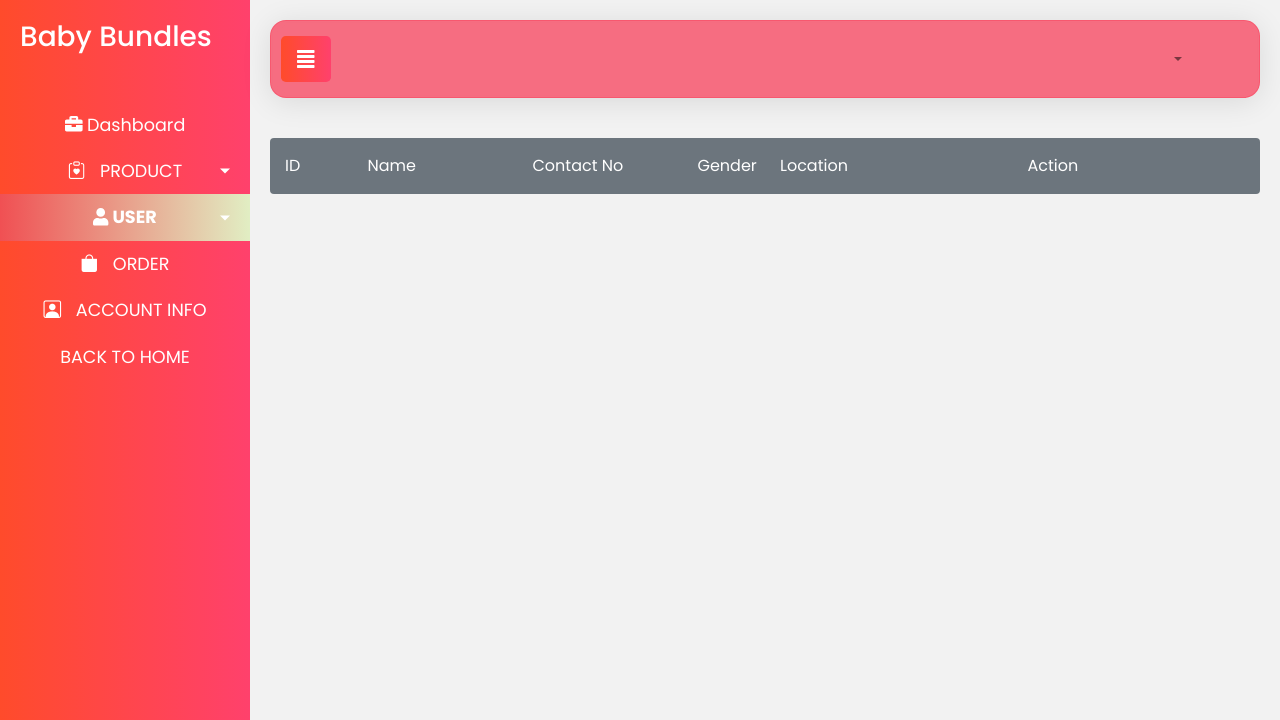
Repository: jiahow99/Baby-Bundles-University
Page: http://localhost/admin-viewuser.php
The author's editor kept a copy of each file at every save. The page is drawn from the files as they stood at one save, then again after the next save.
The browser window is 1280 px wide. The pictures show the whole page.
Some web libraries are served in a nearby version. The page is run by PHP 8.4 with error messages shown; the project is at /var/www/html/. Queries for data that is not in the repository find no rows.

Above is the page before, as saved 2022-11-25 00:36:50.

### admin-viewuser.php
<?php

// Start session
if(!isset($_SESSION)){
    session_start();
}

// Userid
if(isset($_GET['userid'])){
    $userid = $_GET['userid'];
}

// If button is pressed (edit/remove)
if(isset($_GET['action'])){

    switch ($_GET['action']) {
        // Edit User
        case 'edit':
            # Edit user goes here ...
            break;

        // Remove User
        case 'remove':
            # Remove user goes here ...
            break;
    }

}


?>


<!DOCTYPE html>
<html>

<head>
    <meta charset="utf-8">
    <meta name="viewport" content="width=device-width, initial-scale=1.0">
    <meta http-equiv="X-UA-Compatible" content="IE=edge">

    <title>Admin-User</title>

    <!-- Bootstrap CSS CDN -->
    <link rel="stylesheet" href="https://stackpath.bootstrapcdn.com/bootstrap/4.1.0/css/bootstrap.min.css" integrity="sha384-9gVQ4dYFwwWSjIDZnLEWnxCjeSWFphJiwGPXr1jddIhOegiu1FwO5qRGvFXOdJZ4" crossorigin="anonymous">
    <!-- Our Custom CSS -->
    <link rel="stylesheet" href="css/admin.style.css">

    <!-- Font Awesome JS -->
    <script defer src="https://use.fontawesome.com/releases/v5.0.13/js/solid.js" integrity="sha384-tzzSw1/Vo+0N5UhStP3bvwWPq+uvzCMfrN1fEFe+xBmv1C/AtVX5K0uZtmcHitFZ" crossorigin="anonymous"></script>
    <script defer src="https://use.fontawesome.com/releases/v5.0.13/js/fontawesome.js" integrity="sha384-6OIrr52G08NpOFSZdxxz1xdNSndlD4vdcf/q2myIUVO0VsqaGHJsB0RaBE01VTOY" crossorigin="anonymous"></script>
    <!-- Bootstrap Icon -->
    <link rel="stylesheet" href="https://cdn.jsdelivr.net/npm/bootstrap-icons@1.3.0/font/bootstrap-icons.css">
    <!-- JQuery -->
    <script src="https://code.jquery.com/jquery-3.5.1.min.js"></script>
    <!-- Bootstrap Icon -->
    <link rel="stylesheet" href="https://cdn.jsdelivr.net/npm/bootstrap-icons@1.9.1/font/bootstrap-icons.css" integrity="sha384-xeJqLiuOvjUBq3iGOjvSQSIlwrpqjSHXpduPd6rQpuiM3f5/ijby8pCsnbu5S81n" crossorigin="anonymous">
    <!-- JavaScript Bundle with Popper -->
    <script src="https://cdn.jsdelivr.net/npm/bootstrap@5.2.3/dist/js/bootstrap.bundle.min.js" integrity="sha384-kenU1KFdBIe4zVF0s0G1M5b4hcpxyD9F7jL+jjXkk+Q2h455rYXK/7HAuoJl+0I4" crossorigin="anonymous"></script>
    <link href="http://cdnjs.cloudflare.com/ajax/libs/font-awesome/4.3.0/css/font-awesome.css" rel="stylesheet"  type='text/css'>

    <!-- AJAX display all users -->
    <script>
            $(document).ready(function(){
                $.ajax({
                    url: "fetch_user.php",
                    type: "get",
                    dataType: "JSON",
                    success:function(user)
                    {
                        var len = user.length;
                        for(i=0 ; i<len; i++){
                            var str = '<div class="row bg-transparent rounded py-2 mb-2 user-row align-items-center">' +
                            '<div class="col-1 user">' + user[i].userid + '</div>' +
                            '<div class="col-1 user">' + user[i].username + '</div>' +
                            '<div class="col-4 user">+' + user[i].contact + '</div>' +
                            '<div class="col-4 user">' +
                            '<a href="admin-viewuser.php?action=edit&userid=' + user[i].userid + '" class="btn btn-primary mr-2">EDIT</a>' +
                            '<a href="admin-viewuser.php?action=remove&userid=' + user[i].userid + '" class="btn btn-primary">DELETE</a>' +
                            '</div></div>';

                            $('#users').append(str);
                        }
                    }
                });
            });

    </script>


</head>

<body>

    <div class="wrapper">

        <!-- Sidebar -->
        <?php require 'admin-sidebar.php' ?>

        <!-- Page Content  -->
        <div id="content" style="background-color:#F2F2F2">

            <!-- Navbar -->
            <?php require 'admin-topnavbar.php' ?>

            <!-- Users Container -->
            <div class="container" id="users">
                <!-- Header -->
                <div class="row bg-secondary rounded py-3 mb-3">
                    <div class="col-1 text-white">ID</div>
                    <div class="col-2 text-white">Name</div>
                    <div class="col-2 text-white">Contact No</div>
                    <div class="col-1 text-white">Gender</div>
                    <div class="col-3 text-white">Location</div>
                    <div class="col-2 text-white">Action</div>
                </div>

                <!-- Users Goes here (AJAX) ..... -->

            </div>

    </div>

    <!-- Popper.JS -->
    <script src="https://cdnjs.cloudflare.com/ajax/libs/popper.js/1.14.0/umd/popper.min.js" integrity="sha384-cs/chFZiN24E4KMATLdqdvsezGxaGsi4hLGOzlXwp5UZB1LY//20VyM2taTB4QvJ" crossorigin="anonymous"></script>
    <!-- Bootstrap JS -->
    <script src="https://stackpath.bootstrapcdn.com/bootstrap/4.1.0/js/bootstrap.min.js" integrity="sha384-uefMccjFJAIv6A+rW+L4AHf99KvxDjWSu1z9VI8SKNVmz4sk7buKt/6v9KI65qnm" crossorigin="anonymous"></script>

    <script type="text/javascript">
        $(document).ready(function () {
            $('#sidebarCollapse').on('click', function () {
                $('#sidebar').toggleClass('active');
                $('#dashboardlabel').toggleClass('d-none');
                $('#userlabel').toggleClass('d-none');
                $('#productlabel').toggleClass('d-none');
                $('#orderlabel').toggleClass('d-none');
                $('#accountlabel').toggleClass('d-none');
                $('#logoutlabel').toggleClass('d-none');
            });
        });
    </script>
</body>

</html>

### admin-sidebar.php
<!-- Sidebar  -->
<nav id="sidebar">
    <div class="sidebar-header">
        <h3>Baby Bundles</h3>
        <strong>BS</strong>
    </div>

    <ul class="list-unstyled components">
        <!-- Dashboard -->
        <li id="sidebar-dashboard">
            <a href="admin-dashboard.php">
                <i class="fas fa-briefcase"></i>
                <span id="dashboardlabel">Dashboard</span>
            </a>
        </li>
        <!-- Product -->
        <li id="sidebar-product">
            <a href="#homeSubmenu" data-toggle="collapse" aria-expanded="false" class="dropdown-toggle">
                <i class="bi bi-clipboard-heart"></i>
                <span id="productlabel">PRODUCT</span>
            </a>
            <ul class="collapse list-unstyled" id="homeSubmenu">
                <li>
                    <a href="admin-addproduct.php">ADD PRODUCT</a>
                </li>
                <li>
                    <a href="admin-viewproduct.php">DELETE PRODUCT</a>
                </li>
                <li>
                    <a href="admin-viewproduct.php">VIEW ALL</a>
                </li>
            </ul>
        </li>
        <!-- User -->
        <li id="sidebar-user">
            <a href="#pageSubmenu" data-toggle="collapse" aria-expanded="false" class="dropdown-toggle">
            <i class="fas fa-solid fa-user"></i>
                <span id="userlabel">USER</span>
            </a>
            <ul class="collapse list-unstyled" id="pageSubmenu">
                <li>
                    <a href="admin-viewuser.php">DELETE USER</a>
                </li>
                <li>
                    <a href="admin-viewuser.php">VIEW USERS</a>
                </li>
            </ul>
        </li>
        <!-- Order -->
        <li id="sidebar-order">
            <a href="admin-vieworder.php">
            <i class="bi bi-bag-fill"></i>
                <span id="orderlabel">ORDER</span>
            </a>
        </li>
        <!-- Account Info -->
        <li>
            <a href="account-info.php">
                <i class="bi bi-person-square"></i>
                <span id="accountlabel">ACCOUNT INFO</span>
            </a>
        </li>
        <!-- Back to home -->
        <li>
            <a href="index.php">
                <span id="logoutlabel">BACK TO HOME</span>
            </a>
        </li>
    </ul>
</nav>

<script>

  // Add 'active' class to navigation
  function activeNav(id){
    var nav = document.getElementById(id);
    nav.classList.add('active');
  }

  var title = document.title;

  switch(title){
    case 'Admin-Product':
      activeNav('sidebar-product');
      break;
    case 'Admin-User':
      activeNav('sidebar-user');
      break;
    case 'Admin-Order':
      activeNav('sidebar-order');
      break;
    case 'Admin-Dashboard':
      activeNav('sidebar-dashboard');
      break;
  }
</script>

### admin-topnavbar.php
<nav class="navbar navbar-expand-lg navbar-light bg-admin">
    <div class="container-fluid pl-0">

        <button type="button" id="sidebarCollapse" class="btn-lg btn-primary">
            <i class="fas fa-align-justify"></i>
            <!-- <span>Toggle Sidebar</span> -->
        </button>
        <button class="btn btn-dark d-inline-block d-lg-none ml-auto" type="button" data-toggle="collapse" data-target="#navbarSupportedContent" aria-controls="navbarSupportedContent" aria-expanded="false" aria-label="Toggle navigation">
            <i class="fas fa-align-justify"></i>
        </button>

        <div class="collapse navbar-collapse" id="navbarSupportedContent">
            <ul class="nav navbar-nav ml-auto">
                <li class="nav-item dropdown mx-lg-3 col-2 col-lg-1" >
                    <a href="#" class="nav-link dropdown-toggle user-account text-black" id="userDropdownMenuLink" data-bs-toggle="dropdown" aria-haspopup="true" aria-expanded="false">
                    <?php
                    // Username
                    if(isset($_COOKIE['username'])){
                        echo $_COOKIE['username'];
                    }
                    ?>
                    </a>
                    <div class="dropdown-menu text-sm " aria-labelledby="userDropdownMenuLink">
                        <a href="account-info.php" class="dropdown-item">Account</a>
                        <a href="index.php" class="dropdown-item">Back to home</a>
                        <a href="logout.php" class="dropdown-item">Logout</a>
                    </div>
                </li>
            </ul>
        </div>
    </div>
</nav>

### fetch_user.php
<?php

require_once('dbcontroller.php');

$dbcontroller = new DBController();

// Get all product
$result = $dbcontroller->selectProduct("SELECT * FROM login_table WHERE is_admin=''");

// Empty array
$output = array();

// Loop through Shopping Cart
foreach( $result as $user ){
    $user_array = array(
        'userid' => $user['userid'],
        'username' => $user['username'],
        'contact' => $user['contact']
    );

    // Append each product
    array_push($output, $user_array);

}

// Encode to JSON format
echo json_encode($output);



?>

### dbcontroller.php
<?php

class DBController{
    private $host = 'localhost';
    private $db = 'babybundles_database';
    private $user= 'root';
    private $pass = '';
    // private $attr = "mysql:host=$host;dbname=$db";
    // private $table = 'product_table';
    public $conn;

    // constructor
    function __construct(){
        $attr = "mysql:host=".$this->host.";dbname=".$this->db;
        $opts =
        [
            PDO::ATTR_ERRMODE => PDO::ERRMODE_EXCEPTION,
            PDO::ATTR_DEFAULT_FETCH_MODE => PDO::FETCH_ASSOC,
            PDO::ATTR_EMULATE_PREPARES => false,
        ];
        $this->conn = new PDO($attr, $this->user, $this->pass, $opts);
    }

    // Insert
    function insertQuery($query){
        $result = $this->conn->query($query);
        return $result;
    }

    // Select user
    function selectUser($query){
        $result = $this->conn->query($query);
        $row = $result->fetch();
        return $row;
    }

    // Select single product
    function selectSingleProduct($query){
        $result = $this->conn->query($query);
        $row = $result->fetch();
        return $row;
    }

    // Select all product
    function selectProduct($query){
        $result = $this->conn->query($query);
        $row = $result->fetchAll();
        return $row;
    }

    // Update shopping cart
    function updateCart($query){
        $result = $this->conn->query($query);
        return $result;
    }

    // Update product info
    function updateProduct($query){
        $result = $this->conn->query($query);
        return $result;
    }

    // count num of rows
    function numRows($query){
        $result = $this->conn->query($query);
        return $result->rowCount();
    }

    // limit text (title)
    function limit_text($text, $limit) {
        if (str_word_count($text, 0) > $limit) {
            $words = str_word_count($text, 2);
            $pos   = array_keys($words);
            $text  = substr($text, 0, $pos[$limit]) . '...';
        }
        return $text;
    }

    // sanitise()
    function sanitise($string){
        $string = htmlentities($string);
        return $string;
    }

}
?>

### css/admin.style.css
/*
    DEMO STYLE
*/

@import "https://fonts.googleapis.com/css?family=Poppins:300,400,500,600,700";

body {
    font-family: 'Poppins', sans-serif;
    background: #fafafa;
}

p {
    font-family: 'Poppins', sans-serif;
    font-size: 1.1em;
    font-weight: 300;
    line-height: 1.7em;
    color: #999;
}

a,
a:hover,
a:focus {
    color: inherit;
    text-decoration: none;
    transition: all 0.3s;
}

.navbar {
    padding: 15px 10px;
    background: #fff;
    border: none;
    border-radius: 0;
    margin-bottom: 40px;
    box-shadow: 1px 1px 3px rgba(0, 0, 0, 0.1);
}

.navbar-btn {
    box-shadow: none;
    outline: none !important;
    border: none;
}

.line {
    width: 100%;
    height: 1px;
    border-bottom: 1px dashed #ddd;
    margin: 40px 0;
}

i,
span {
    display: inline-block;
}

/* ---------------------------------------------------
    SIDEBAR STYLE
----------------------------------------------------- */

.wrapper {
    display: flex;
    align-items: stretch;
}

#sidebar {
    min-width: 250px;
    max-width: 250px;
    background: #FF416C;  /* fallback for old browsers */
    background: -webkit-linear-gradient(to right, #FF4B2B, #FF416C);  /* Chrome 10-25, Safari 5.1-6 */
    background: linear-gradient(to right, #FF4B2B, #FF416C); /* W3C, IE 10+/ Edge, Firefox 16+, Chrome 26+, Opera 12+, Safari 7+ */
    color: #fff;
    transition: all 0.3s;
}

#sidebar.active {
    min-width: 80px;
    max-width: 80px;
    text-align: center;
}

#sidebar.active .sidebar-header h3,
#sidebar.active .CTAs {
    display: none;
}

#sidebar.active .sidebar-header strong {
    display: block;
}

#sidebar ul li a {
    text-align: left;
}

#sidebar.active ul li a {
    padding: 20px 10px;
    text-align: center;
    font-size: 0.85em;
}

#sidebar.active ul li a i {
    margin-right: 0;
    display: block;
    font-size: 1.8em;
    margin-bottom: 5px;
}

#sidebar.active ul ul a {
    padding: 10px !important;
}

#sidebar.active .dropdown-toggle::after {
    top: auto;
    bottom: 10px;
    right: 50%;
    -webkit-transform: translateX(50%);
    -ms-transform: translateX(50%);
    transform: translateX(50%);
}

#sidebar .sidebar-header {
    padding: 20px;
    background: #FF416C;  /* fallback for old browsers */
    background: -webkit-linear-gradient(to right, #FF4B2B, #FF416C);  /* Chrome 10-25, Safari 5.1-6 */
    background: linear-gradient(to right, #FF4B2B, #FF416C); /* W3C, IE 10+/ Edge, Firefox 16+, Chrome 26+, Opera 12+, Safari 7+ */
}

#sidebar .sidebar-header strong {
    display: none;
    font-size: 1.8em;
}

#sidebar ul.components {
    padding: 20px 0;
}

#sidebar ul li a {
    padding: 10px;
    font-size: 1.1em;
    display: block;
    text-align: center;
}

#sidebar ul li a:hover {
    color: #dc1522;
    background: #fff;
    font-weight: bolder;
}

#sidebar ul li a i {
    margin-right: 10px;
}

#sidebar ul li.active>a,
a[aria-expanded="true"] {
    color: #fff;
    background: #e1eec3;  /* fallback for old browsers */
    background: -webkit-linear-gradient(to right, #f05053, #e1eec3);  /* Chrome 10-25, Safari 5.1-6 */
    background: linear-gradient(to right, #f05053, #e1eec3); /* W3C, IE 10+/ Edge, Firefox 16+, Chrome 26+, Opera 12+, Safari 7+ */
    font-weight: bolder;
}

a[data-toggle="collapse"] {
    position: relative;
}

.dropdown-toggle::after {
    display: block;
    position: absolute;
    top: 50%;
    right: 20px;
    transform: translateY(-50%);
}

ul ul a {
    font-size: 0.9em !important;
    padding-left: 30px !important;
    background: #6d7fcc;
}

ul.CTAs {
    padding: 20px;
}

ul.CTAs a {
    text-align: center;
    font-size: 0.9em !important;
    display: block;
    border-radius: 5px;
    margin-bottom: 5px;
}

a.download {
    background: #fff;
    color: #7386D5;
}

a.article,
a.article:hover {
    background: #6d7fcc !important;
    color: #fff !important;
}

/* ---------------------------------------------------
    CONTENT STYLE
----------------------------------------------------- */

#content {
    width: 100%;
    padding: 20px;
    min-height: 100vh;
    transition: all 0.3s;
}

/* ---------------------------------------------------
    MEDIAQUERIES
----------------------------------------------------- */

@media (max-width: 768px) {
    #sidebar {
        min-width: 80px;
        max-width: 80px;
        text-align: center;
        margin-left: -80px !important;
    }
    .dropdown-toggle::after {
        top: auto;
        bottom: 10px;
        right: 50%;
        -webkit-transform: translateX(50%);
        -ms-transform: translateX(50%);
        transform: translateX(50%);
    }
    #sidebar.active {
        margin-left: 0 !important;
    }
    #sidebar .sidebar-header h3,
    #sidebar .CTAs {
        display: none;
    }
    #sidebar .sidebar-header strong {
        display: block;
    }
    #sidebar ul li a {
        padding: 20px 10px;
    }
    #sidebar ul li a span {
        font-size: 0.85em;
    }
    #sidebar ul li a i {
        margin-right: 0;
        display: block;
    }
    #sidebar ul ul a {
        padding: 10px !important;
    }
    #sidebar ul li a i {
        font-size: 1.3em;
    }
    #sidebar {
        margin-left: 0;
    }
    #sidebarCollapse span {
        display: none;
    }
}

#homeSubmenu li a,#pageSubmenu li a{
    background: #ED213A;  /* fallback for old browsers */
    background: -webkit-linear-gradient(to right, #93291E, #ED213A);  /* Chrome 10-25, Safari 5.1-6 */
    background: linear-gradient(to right, #93291E, #ED213A); /* W3C, IE 10+/ Edge, Firefox 16+, Chrome 26+, Opera 12+, Safari 7+ */



}

.btn-primary{
    background: #ffffff;  /* fallback for old browsers */
    background: -webkit-linear-gradient(to right, #FF4B2B, #FF416C);  /* Chrome 10-25, Safari 5.1-6 */
    background: linear-gradient(to right, #FF4B2B, #FF416C); /* W3C, IE 10+/ Edge, Firefox 16+, Chrome 26+, Opera 12+, Safari 7+ */
    border: 0;
    cursor: pointer;
}

.glass{
/* From https://css.glass */
background: rgba(255, 255, 255, 0.18);
border-radius: 16px;
box-shadow: 0 4px 30px rgba(0, 0, 0, 0.1);
backdrop-filter: blur(20px);
-webkit-backdrop-filter: blur(20px);
border: 1px solid rgba(255, 255, 255, 0.13);
}

.input--style-6, .textarea--style-6 {
    background: transparent;
    line-height: 38px;
    border: 1px solid #7b7676;
    -webkit-border-radius: 3px;
    -moz-border-radius: 3px;
    border-radius: 3px;
    color: #666;
    font-size: 15px;
    font-weight: bold;
    -webkit-transition: all 0.4s ease;
    -o-transition: all 0.4s ease;
    -moz-transition: all 0.4s ease;
    transition: all 0.4s ease;
    padding: 0 20px;
}

.input--style-6:focus,
.textarea--style-6:focus {
  -webkit-box-shadow: 0px 1px 5px 0px rgba(0, 0, 0, 0.15);
  -moz-box-shadow: 0px 1px 5px 0px rgba(0, 0, 0, 0.15);
  box-shadow: 0px 1px 5px 0px rgba(0, 0, 0, 0.15);
  -webkit-transform: translateY(-3px);
  -moz-transform: translateY(-3px);
  -ms-transform: translateY(-3px);
  -o-transform: translateY(-3px);
  transform: translateY(-3px);
  border: 2px solid #7b7676;

}

.name{
    width: 188px;
  color: rgb(175, 33, 33);
  font-size: 15px;
  font-weight: 700;
  margin-top: 11px;
  font-family: "Poppins", sans-serif;
}

.form-check {
    display: block;
    min-height: 1.5rem;
    padding-left: 1.5em;
    margin-bottom: 0.125rem;
}

.form-check .form-check-input {
float: left;
margin-left: -1.5em;
}

.form-check-input {
width: 1em;
height: 1em;
margin-top: 0.25em;
vertical-align: top;
background-color: #fff;
background-repeat: no-repeat;
background-position: center;
background-size: contain;
border: 1px solid rgba(0, 0, 0, 0.25);
-webkit-appearance: none;
-moz-appearance: none;
appearance: none;
-webkit-print-color-adjust: exact;
color-adjust: exact;
}

.form-check-input[type="checkbox"] {
border-radius: 0.25em;
}

.form-check-input[type="radio"] {
border-radius: 50%;
}

.form-check-input:active {
filter: brightness(90%);
}

.form-check-input:focus {
border-color: #ed9999;
outline: 0;
box-shadow: 0 0 0 0.25rem rgba(218, 51, 51, 0.25);
}

.form-check-input:checked {
background-color: #da3333;
border-color: #da3333;
}

.form-check-input:checked[type="checkbox"] {
background-image: url("data:[embedded picture, 214 characters]");
}

.form-check-input:checked[type="radio"] {
background-image: url("data:[embedded picture, 126 characters]");
}

.form-check-input[type="checkbox"]:indeterminate {
background-color: #da3333;
border-color: #da3333;
background-image: url("data:[embedded picture, 208 characters]");
}

.form-check-input:disabled {
pointer-events: none;
filter: none;
opacity: 0.5;
}

.form-check-input[disabled] ~ .form-check-label, .form-check-input:disabled ~ .form-check-label {
opacity: 0.5;
}

.form-switch {
padding-left: 2.5em;
}

.form-switch .form-check-input {
width: 2em;
margin-left: -2.5em;
background-image: url("data:[embedded picture, 143 characters]");
background-position: left center;
border-radius: 2em;
transition: background-position 0.15s ease-in-out;
}

.user{
    color: black;
    font-weight: bold;
}

.user-row{
    border: 1px solid black;
}

.bg-admin{
/* From https://css.glass */
background: rgba(248, 40, 70, 0.66);
border-radius: 16px;
box-shadow: 0 4px 30px rgba(0, 0, 0, 0.1);
backdrop-filter: blur(6.9px);
-webkit-backdrop-filter: blur(6.9px);
border: 1px solid rgba(248, 40, 70, 0.3);
}

After the next save:
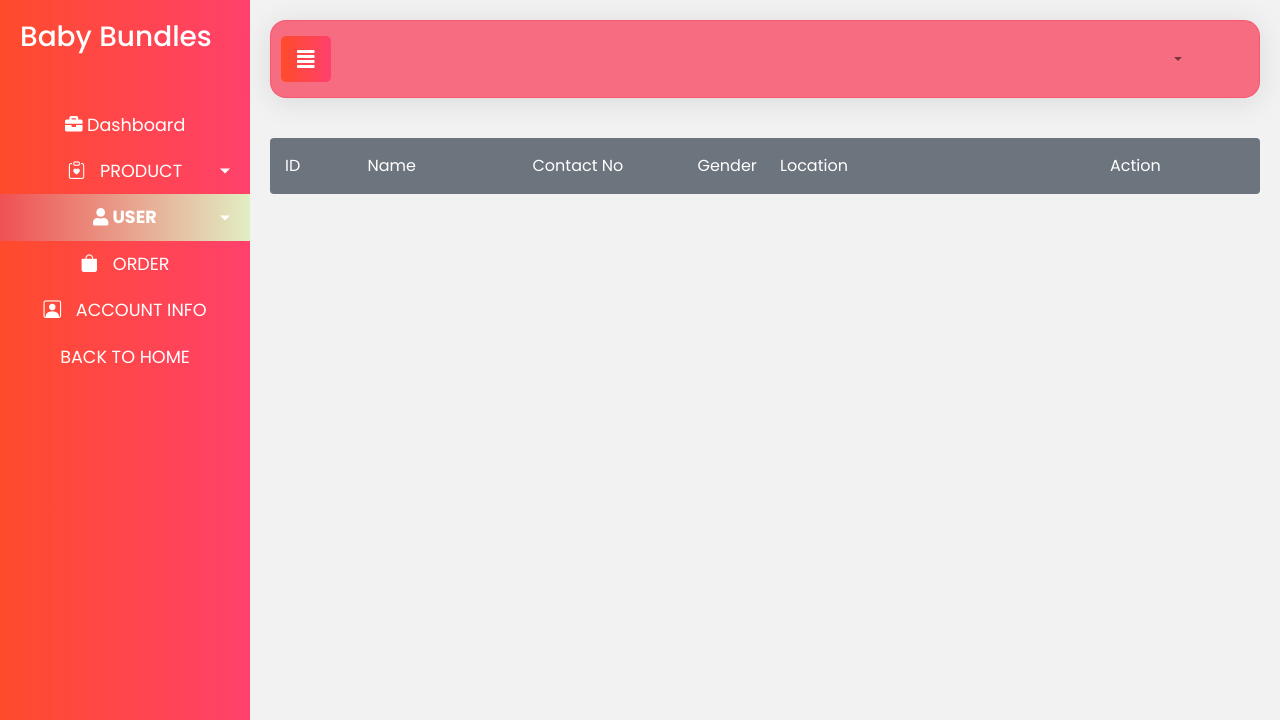
Saved 4 s later.
--- a/admin-viewuser.php
+++ b/admin-viewuser.php
@@ -111,7 +111,7 @@ if(isset($_GET['action'])){
                     <div class="col-2 text-white">Name</div>
                     <div class="col-2 text-white">Contact No</div>
                     <div class="col-1 text-white">Gender</div>
-                    <div class="col-3 text-white">Location</div>
+                    <div class="col-4 text-white">Location</div>
                     <div class="col-2 text-white">Action</div>
                 </div>
 
